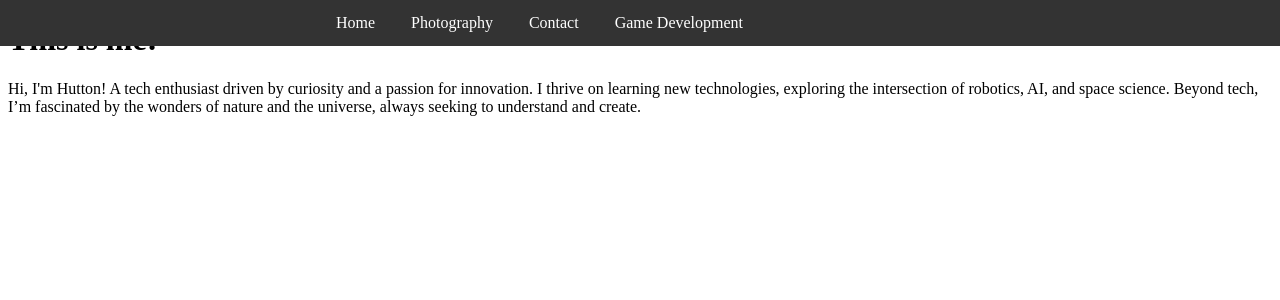
Repository: Argivist/ArgPortfolio
Page: index.html
An editor plug-in stored every save of this project. The page is shown before and after the next save, followed by the edit.
The browser window is 1280 px wide. The pictures show the whole page.

Above is the page before, as saved 2025-03-28 15:05:09.

After the next save:
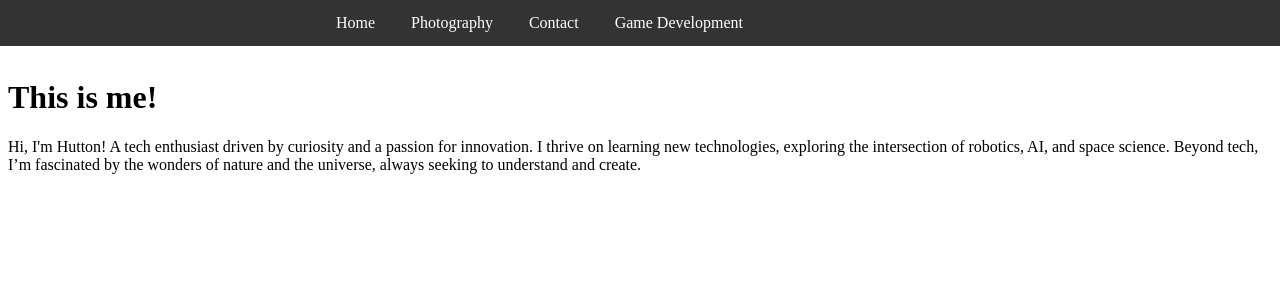
Saved 12 s later.
--- a/css/nav.css
+++ b/css/nav.css
@@ -35,7 +35,7 @@ nav {
     align-items: center;
 }
 .padding {
-    padding: 0;
+    height: 50px;
 }
 
 /* nav ul {
